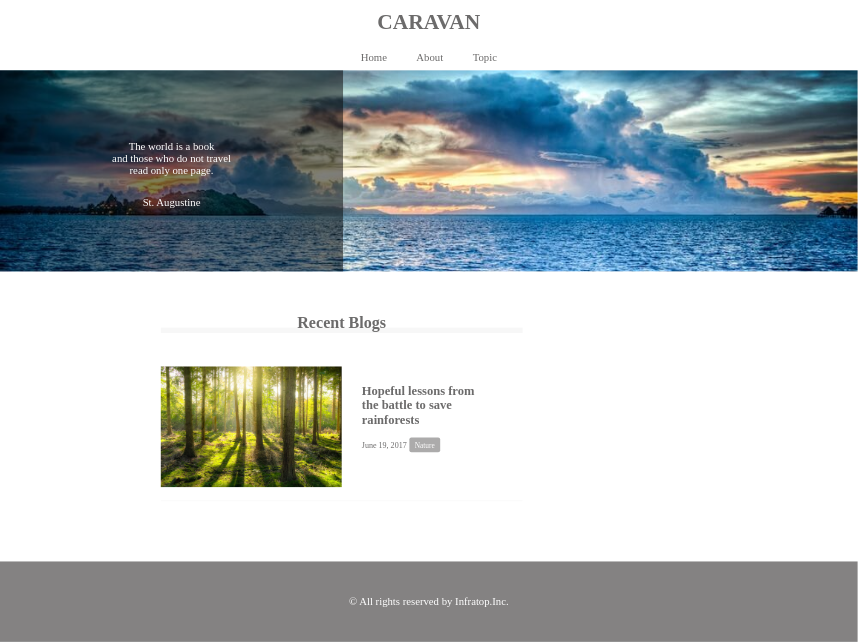
Repository: yukito7878/HTML-CSS-practice
Page: caravan/index7.html
The author's editor kept a record of every edit. The page is drawn from the files as they stood at one moment, then again after the next edit.
The browser window is 1280 px wide. The pictures show the whole page, at 67% of full size.

Above is the page before.

### caravan/index7.html
<!DOCTYPE html>
<html lang="ja">
  <head>
    <meta charset="UTF-8" />
    <!-- CSSファイルの読み込み -->
    <link rel="stylesheet" href="style7.css" />
    <title>CARAVAN</title>
  </head>

  <body>
    <!-- header -->
    <header>
      <h1 class="heading">
        <a href="index.html">
          CARAVAN
        </a>
      </h1>
    </header>

    <!-- navigation -->
    <nav>
      <ul class="nav-list">
        <li class="nav-list-item">
          <a href="index.html">Home</a>
        </li>
        <li class="nav-list-item">About</li>
        <li class="nav-list-item">Topic</li>
      </ul>
    </nav>

    <!-- main-visual用のdiv -->
    <div class="main-visual">
      <div class="main-visual-content">
        <p class="main-visual-text">
          The world is a book<br>
          and those who do not travel<br>
          read only one page.
        </p>
        <p class="main-visual-name">
          St. Augustine
        </p>
      </div>
    </div>

    <main>
      <section class="blog">
        <h2 class="blog-heading">Recent Blogs</h2>
        <div class="blog-box">
          <div class="blog-item">
            <img class="blog-image" src="img/forest.jpg">
            <section class="blog-text">
              <h3 class="blog-text-heading">
                <a href="single.html">
                  Hopeful lessons from<br>
                  the battle to save<br>
                  rainforests
                </a>
              </h3>
              <p class="blog-date">June 19, 2017</p>
              <span class="category">Nature</span>
            </section>
          </div>
        </div>
      </section>
      <div class="sidebar"></div>
    </main>

    <!-- footer -->
    <footer>
      <p class="footer-text">© All rights reserved by Infratop.Inc.</p>
    </footer>
  </body>
</html>

### caravan/style7.css
/* ブラウザがそれぞれ持っているCSSをリセットするための記述 */
* {
  margin: 0;
  padding: 0;
  box-sizing: border-box;
  color: #6c6b6b;
}

a {
  text-decoration: none;
}

header {
  width: 90%; /* 横幅90% */
  padding: 15px 0;
  margin: 0 auto;
  text-align: center;
}

header .heading {
  /* headerタグ内のheadingクラスにのみ反映される */
  font-size: 32px;
}

.nav-list {
  text-align: center;
  padding: 10px 0;
  margin: 0 auto;
}

.nav-list-item {
  list-style: none;
  display: inline-block;
  margin: 0 20px;
}

.main-visual {
  width: 100%; /* 横幅いっぱい */
  height: 300px; /* 高さ300px */
  background-image: url(img/mv.jpg);
  background-size: cover; /* 縦横比を維持したまま背景領域を埋め尽くす */
  background-position: center; /* 背景画像を中央に配置 */
}

.main-visual-content {
  width: 40%; /* 横幅40% */
  height: 300px; /* 親の高さに揃える */
  background-color: rgba(0, 0, 0, 0.5); /* 背景色を半透明の黒にする */
  text-align: center; /* 文字を中央揃えにする */
  padding-top: 105px; /* 上側の内側余白で垂直方向の位置を調整 */
}

.main-visual-text {
  color: #fff; /* 文字色を白に変更 */
}

.main-visual-name {
  margin-top: 30px; /* 上側の外側の余白 */
  color: #fff; /* 文字色を白に変更 */
}

main{
  width: 800px;
  display: flex;
  justify-content: center;
  margin: 0 auto;
  padding: 70px 0;
}

.blog {
  width: 540px;
  margin-right: 30px;
}

.blog-heading{
  border-bottom: 8px solid #f7f7f7;
  text-align: center;
  line-height: 0.6;
}

.blog-box{
  padding: 50px 0 0 0 ;
}

.blog-item{
  padding-bottom: 20px;
  margin-bottom: 20px;
  border-bottom: 1px solid #f7f7f7;
  display: flex;
  justify-content: flex-start;
}

.blog-image{
  width: 50%;
  height: 180px;
  object-fit: cover;
}

.blog-text{
  padding: 25px 0 0 30px;
}

.blog-text-heading{
  padding: 0 0 15px 0;
}

.blog-date{
  font-size: 12px;
  display: inline-block;
}
.category{
  display: inline-block;
  padding: 5px 8px;
  background-color: #acabab;
  border-radius: 3px;
  color: #fff;
  font-size: 11px;
}

.sidebar {
  width: 230px;
}

footer {
  width: 100%;
  height: 120px;
  text-align: center;
  line-height: 120px;
  background-color: #848282;
}

.footer-text {
  color: #fff;
}

After the next edit:
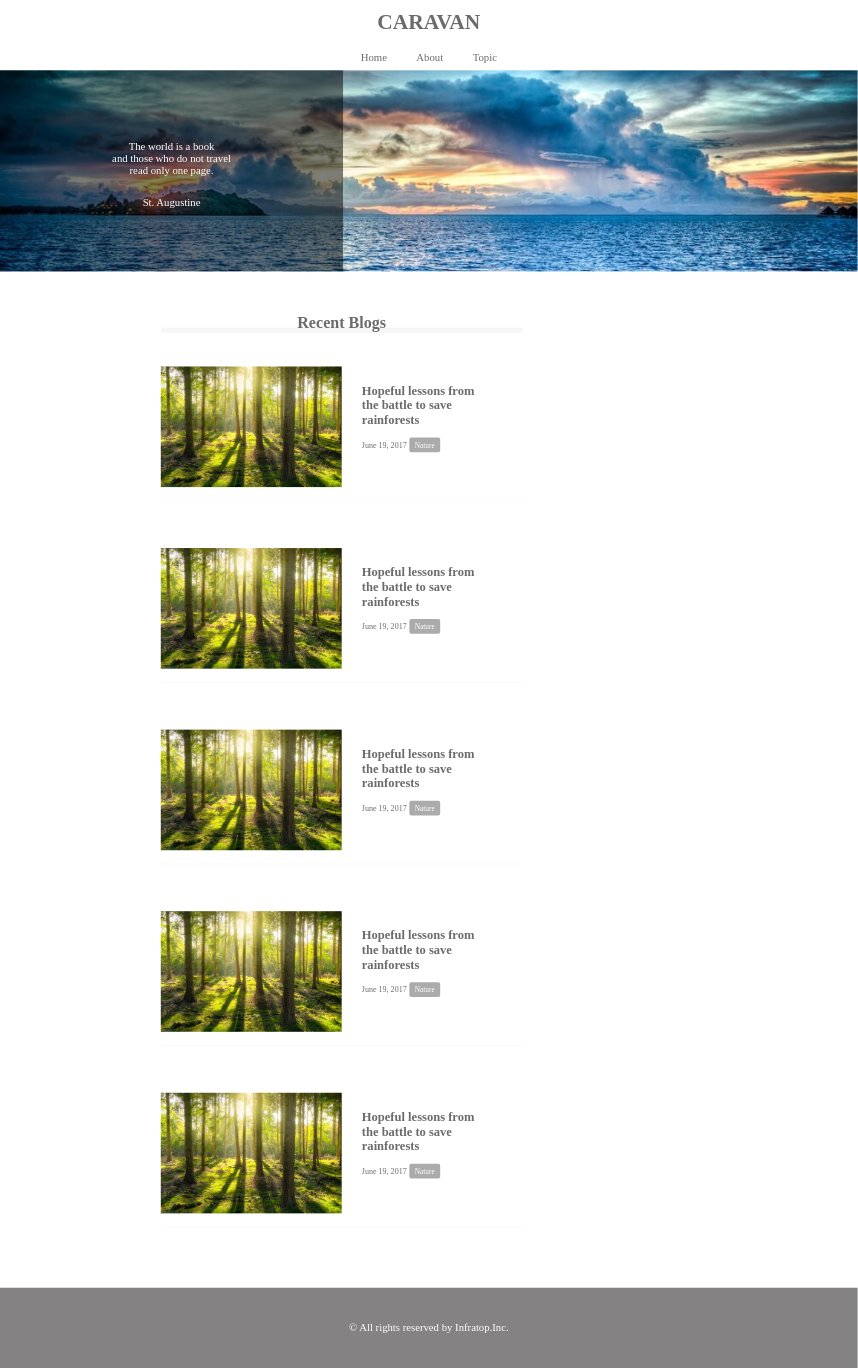
The edit:
--- a/caravan/index7.html
+++ b/caravan/index7.html
@@ -61,8 +61,77 @@
             </section>
           </div>
         </div>
+
+        <div class="blog-box">
+          <div class="blog-item">
+            <img class="blog-image" src="img/forest.jpg">
+            <section class="blog-text">
+              <h3 class="blog-text-heading">
+                <a href="single.html">
+                  Hopeful lessons from<br>
+                  the battle to save<br>
+                  rainforests
+                </a>
+              </h3>
+              <p class="blog-date">June 19, 2017</p>
+              <span class="category">Nature</span>
+            </section>
+          </div>
+        </div>
+
+        <div class="blog-box">
+          <div class="blog-item">
+            <img class="blog-image" src="img/forest.jpg">
+            <section class="blog-text">
+              <h3 class="blog-text-heading">
+                <a href="single.html">
+                  Hopeful lessons from<br>
+                  the battle to save<br>
+                  rainforests
+                </a>
+              </h3>
+              <p class="blog-date">June 19, 2017</p>
+              <span class="category">Nature</span>
+            </section>
+          </div>
+        </div>
+
+        <div class="blog-box">
+          <div class="blog-item">
+            <img class="blog-image" src="img/forest.jpg">
+            <section class="blog-text">
+              <h3 class="blog-text-heading">
+                <a href="single.html">
+                  Hopeful lessons from<br>
+                  the battle to save<br>
+                  rainforests
+                </a>
+              </h3>
+              <p class="blog-date">June 19, 2017</p>
+              <span class="category">Nature</span>
+            </section>
+          </div>
+        </div>
+
+        <div class="blog-box">
+          <div class="blog-item">
+            <img class="blog-image" src="img/forest.jpg">
+            <section class="blog-text">
+              <h3 class="blog-text-heading">
+                <a href="single.html">
+                  Hopeful lessons from<br>
+                  the battle to save<br>
+                  rainforests
+                </a>
+              </h3>
+              <p class="blog-date">June 19, 2017</p>
+              <span class="category">Nature</span>
+            </section>
+          </div>
+        </div>
       </section>
       <div class="sidebar"></div>
+
     </main>
 
     <!-- footer -->
